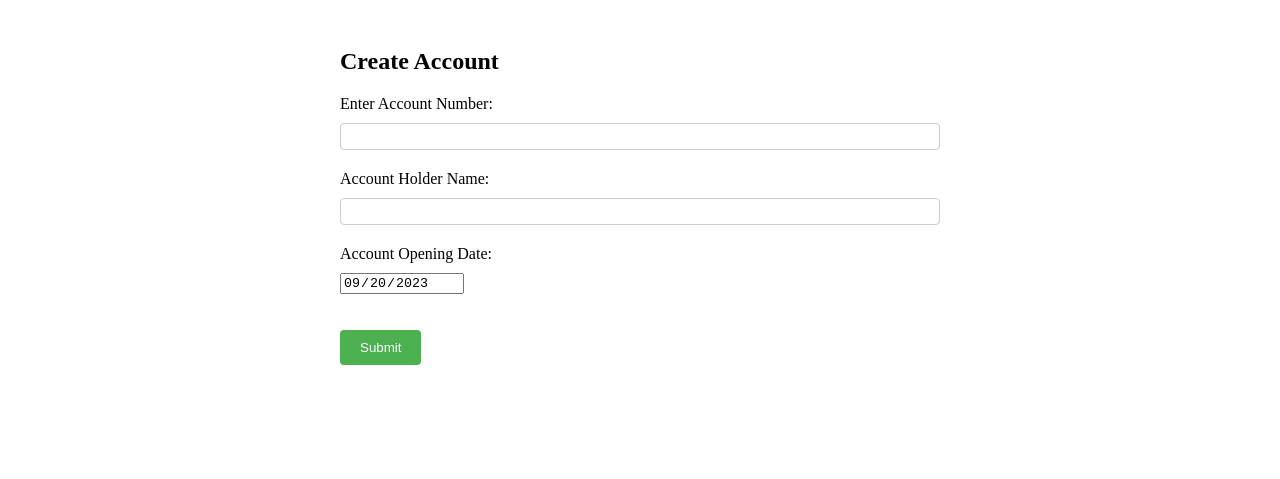
Repository: HT13M19/kuldeep
Page: GGGG/Demo2/src/main/webapp/CreateAccount.html
The author's editor kept a copy of each file at every save. The page is drawn from the files as they stood at one save, then again after the next save.
The browser window is 1280 px wide. The pictures show the whole page.

Above is the page before, as saved 2023-09-22 16:44:42.

After the next save:
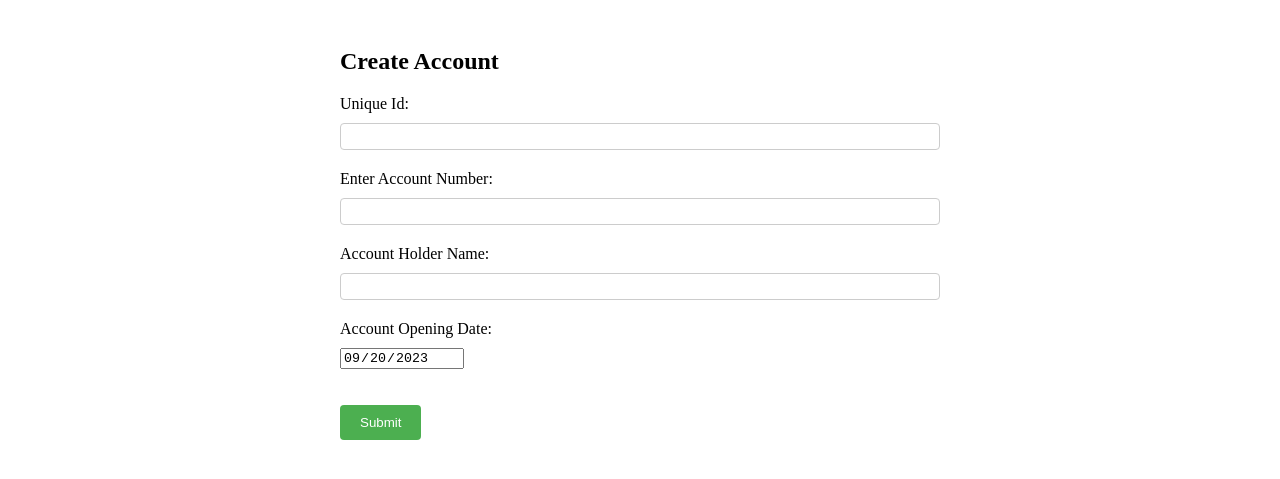
Saved 4 min 12 s later.
--- a/GGGG/Demo2/src/main/webapp/CreateAccount.html
+++ b/GGGG/Demo2/src/main/webapp/CreateAccount.html
@@ -42,6 +42,10 @@
 		<h2>Create Account</h2>
 		<form action="create" method="POST">
 
+			<label for="unique_id">Unique  Id:</label>
+			<input type="number" id="U_ID" name="U_ID" maxlength="20" required>
+
+
 			<label for="account_number">Enter Account Number:</label>
 			<input type="number" id="account_number" name="account_number" maxlength="20" required>
 
